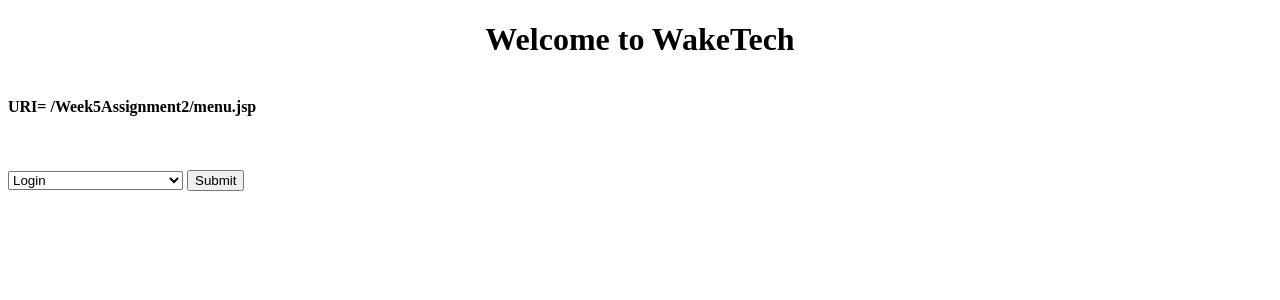
Repository: weshayutin/java258Online
Page: http://localhost/Week5Assignment2/menu.jsp
The author's editor kept a copy of each file at every save. The page is drawn from the files as they stood at one save, then again after a run of saves.
The browser window is 1280 px wide. The pictures show the whole page.
The page is served by Tomcat 9.

Above is the page before, as saved 2011-02-16 03:11:11.

After the next 2 saves:
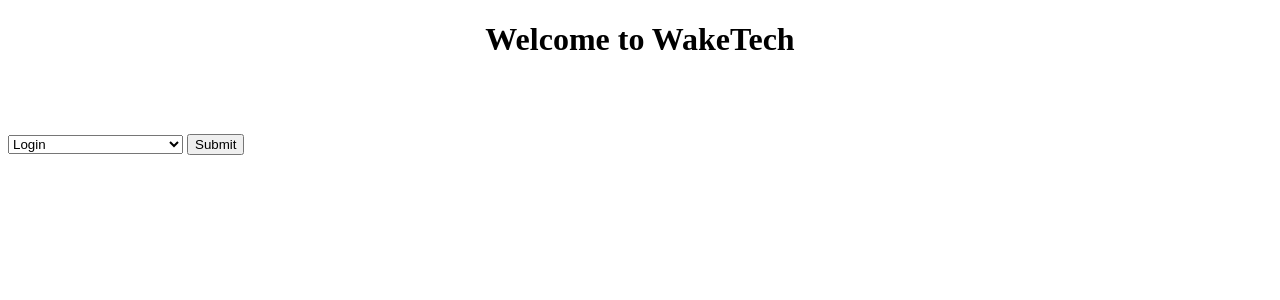
The 2 saves are shown as one change because 1 did not build or start.
The last was saved 2 min 16 s later.
--- a/workspace/Week5Assignment2/WebContent/menu.jsp
+++ b/workspace/Week5Assignment2/WebContent/menu.jsp
@@ -10,9 +10,7 @@
 <body>
 <%
 
-    String URI = request.getRequestURI();
-    session.setAttribute("page",URI);
-    out.println("<br><b> URI= "+URI+"</b><br>");
+    session.setAttribute("page","menu.jsp");
 %>
 
 <br><br><br>
